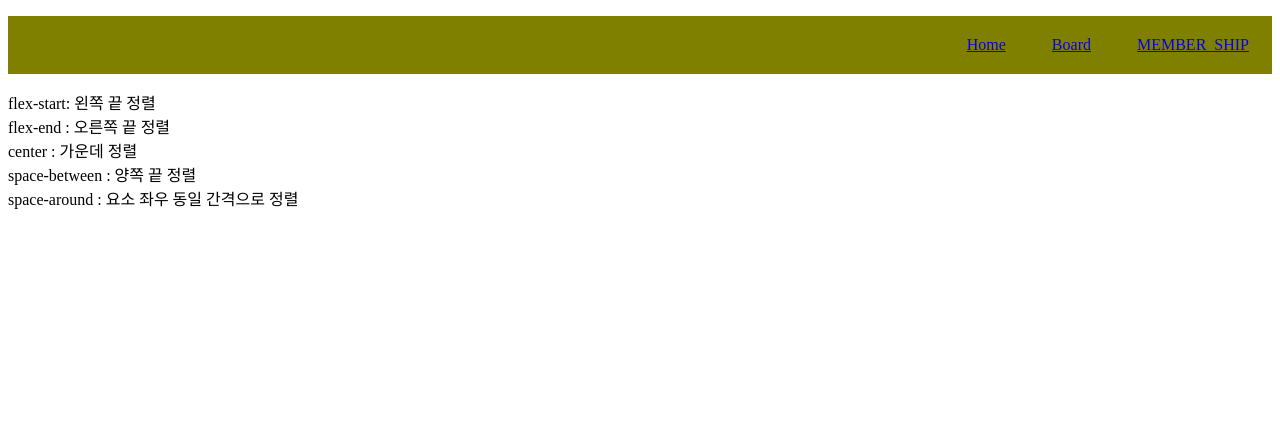
Repository: cleangggg/front
Page: css/ex09.html
The author's editor kept a copy of each file at every save. The page is drawn from the files as they stood at one save, then again after the next save.
The browser window is 1280 px wide. The pictures show the whole page.

Above is the page before, as saved 2023-05-25 02:29:28.

### css/ex09.html
<!DOCTYPE html>
<html>
<head>
<meta charset="UTF-8">
<title>Insert title here</title>

<style tpye="text/css">
.nav {
	background: olive;
}

.nav>ul {
	list-style: none;
	display: flex;
	justify-content: flex-end;
}
.nav>ul li{margin: 10px 13px; padding: 10px 10px;}
</style>

</head>
<body>
	<nav class="nav">
		<ul>
			<li><a href="#">Home</a></li>
			<li><a href="#">Board</a></li>
			<li><a href="#">MEMBER_SHIP</a></li>
		</ul>
	</nav>
	flex-start: 왼쪽 끝 정렬
	<br>flex-end : 오른쪽 끝 정렬
	<br> center : 가운데 정렬
	<br> space-between : 양쪽 끝 정렬
	<br> space-around : 요소 좌우 동일 간격으로 정렬
	<br>
</body>
</html>

After the next save:
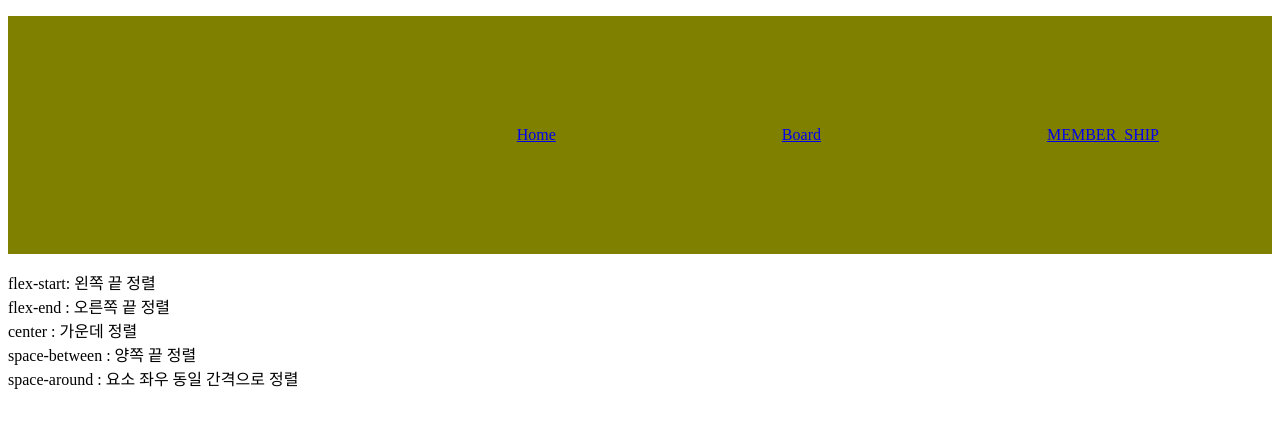
Saved 27 s later.
--- a/css/ex09.html
+++ b/css/ex09.html
@@ -14,7 +14,7 @@
 	display: flex;
 	justify-content: flex-end;
 }
-.nav>ul li{margin: 10px 13px; padding: 10px 10px;}
+.nav>ul li{margin: 10px 13px; padding: 100px 100px;}
 </style>
 
 </head>
